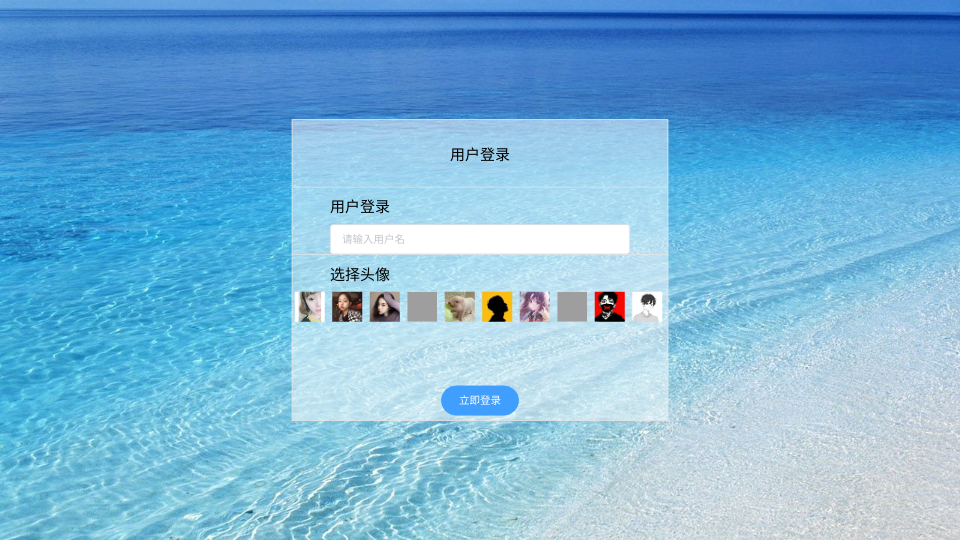
Repository: jinggegeZ/livechat
Page: /login
The author's editor kept a copy of each file at every save. The page is drawn from the files as they stood at one save, then again after the next save.
The browser window is 1280 px wide. The pictures show the whole page, at 75% of full size.
Pictures or frames that could not be fetched are drawn as grey boxes. The project was rebuilt for these pictures with package versions that can differ from the ones it lists, and the page was loaded fresh each time. Also part of the build but not shown: src/views/Home.vue.

Above is the page before, as saved 2020-08-17 15:43:11.

### src/main.js
import Vue from 'vue'
import App from './App.vue'
import router from './router'
import store from './store'
import ElementUI from 'element-ui';
import 'element-ui/lib/theme-chalk/index.css';

Vue.config.productionTip = false
Vue.use(ElementUI);
new Vue({
  router,
  store,
  render: h => h(App)

}).$mount('#app')

### src/App.vue
<template>
  <div id="app">

    <router-view/>
  </div>
</template>

<style lang="scss">
@import'../src/style/commoent'

</style>

### src/router/index.js
import Vue from 'vue'
import VueRouter from 'vue-router'
import Home from '../views/Home.vue'

Vue.use(VueRouter)

  const routes = [
  {
    path: '/',
    name: 'Home',
    component: Home
  },
  {
    path: '/login',
    name: 'login',
    component: () => import('../views/login.vue')
  }
]

const router = new VueRouter({
  mode: 'history',
  base: process.env.BASE_URL,
  routes
})

export default router

### src/style/commoent.css
*{
    margin: 0;
    padding: 0;
  }
  html {
    width: 100%;
    height: 100%;
  }
  #app {
    width: 100%;
    height: 100%;
  }
  body {
    width: 100%;
    height: 100%;
  }

### src/views/login.vue
<template>
  <div class="content">
    <div class="content-c">
      <div class="loginbox">
        <div class="username">用户登录</div>
        <!-- 用户登录 -->
        <div class="username1">用户登录</div>
        <!-- 用户名 -->
        <div class="input">
          <div class="inputbox">
            <el-input v-model="username" placeholder="请输入用户名"></el-input>
          </div>
        </div>
        <!-- 选择头像 -->
        <div class="username1">选择头像</div>
        <!-- 选择头像 -->
        <div class="imgbox">
          <div class="imgbox1" v-for="(item,index) in imgs" :key="index">
            <div class="imgbox1-1">
              <img class="imgbox2" :src="item.img" alt="">
            </div>
          </div>
        </div>
        <!-- 确认登录 -->
        <div class="login">
           <el-button type="primary" round>立即登录</el-button>
        </div>
      </div>
    </div>
  </div>
</template>

<script>
export default {
  name: "",
  props: {},
  components: {},
  data() {
    return {
      username: "",
      imgs:[
        {img: require('../../public/image/01.png')},
        {img: require('../../public/image/02.png')},
        {img: require('../../public/image/03.png')},
        {img: require('../../public/image/04.png')},
        {img: require('../../public/image/05.png')},
        {img: require('../../public/image/06.png')},
        {img: require('../../public/image/07.png')},
        {img: require('../../public/image/08.png')},
        {img: require('../../public/image/09.jpg')},
        {img: require('../../public/image/10.png')},
      ]
    };
  },
  methods: {},
  mounted() {},
  watch: {},
  computed: {},
};
</script>

<style scoped>
.content {
  width: 100%;
  height: 100%;
  display: flex;
  justify-content: center;
  align-items: center;
  background: url("../../public/image/02a28d595dea30839eeaa0fdd15dfce2.jpg")
    no-repeat;
  font-size: 20px;
}
.content-c {
  width: 100%;
  display: flex;
  justify-content: center;
  align-items: center;
}
.loginbox {
  width: 500px;
  height: 400px;
  border: 1px solid rgb(228, 228, 228);
  background: rgba(255, 255, 255, 0.5);
}
.username {
  width: 100%;
  height: 89px;
  display: flex;
  justify-content: center;
  align-items: center;
  border-bottom: 1px solid rgb(228, 228, 228);
}
.username1 {
  width: 100%;
  height: 49px;
  display: flex;
  justify-content: flex-start;
  align-items: center;
  margin-left: 50px;
}
.input {
  width: 100%;
  display: flex;
  justify-content: center;
  align-items: center;
  border-bottom: 1px solid rgb(228, 228, 228);
}
.inputbox {
  width: 80%;
}
.imgbox {
  width: 100%;
  display: flex;
  justify-content: center;
}
.imgbox1 {
  width: 80%;
  height: 120px;
  display: flex;
  flex-wrap: wrap;
  justify-content: space-around;
}
.imgbox1-1 {
  width: 45px;
}
.login {
  width: 100%;
  display: flex;
  justify-content: center;
  height: 50px;
  align-items: center;
}
.imgbox2 {
  width: 40px;
  height: 40px;
}
</style>

Loaded but not shown: public/index.html (common file); src/store/index.js (common file)

After the next save:
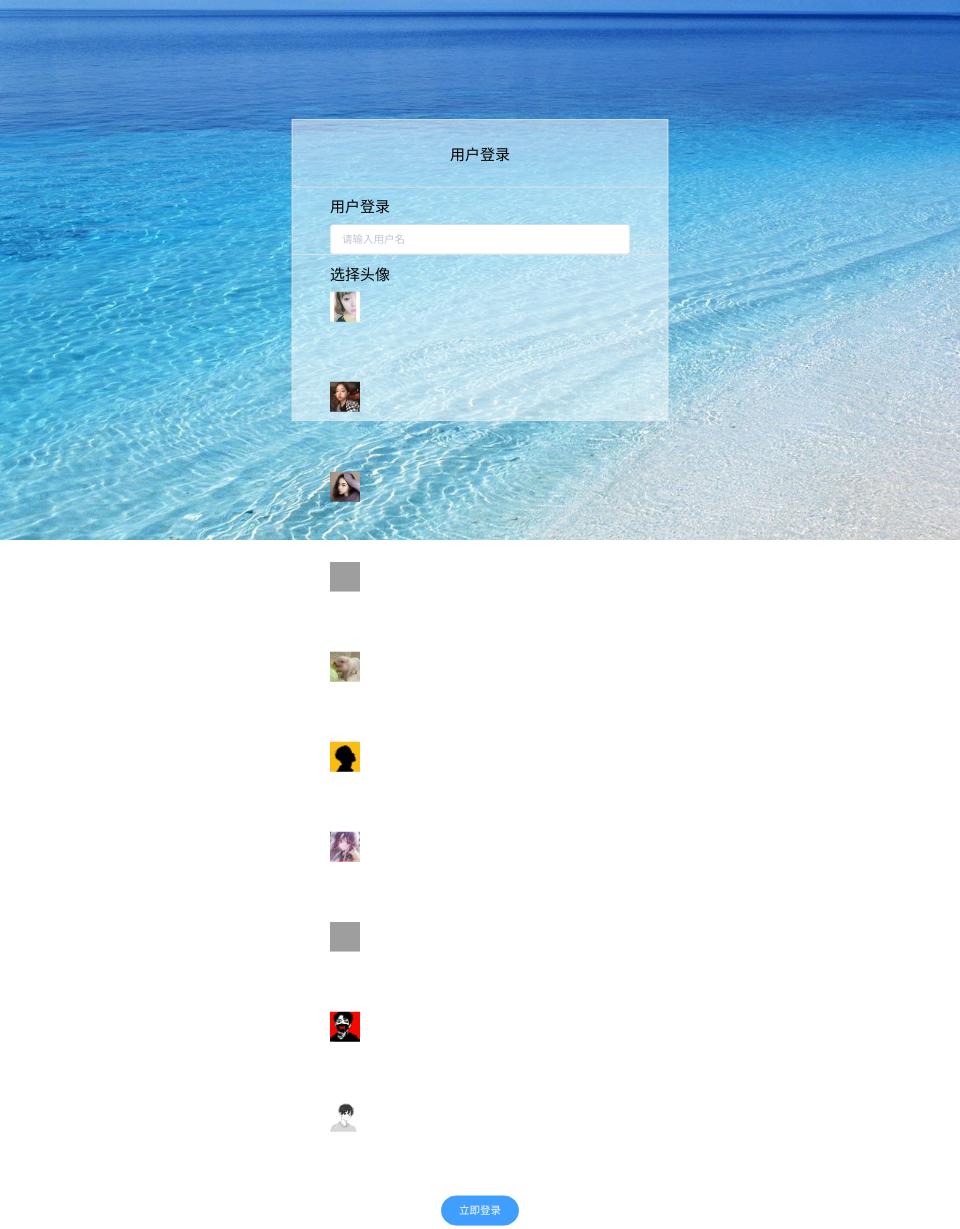
Saved 89 s later.
--- a/src/views/login.vue
+++ b/src/views/login.vue
@@ -111,14 +111,13 @@ export default {
 .imgbox {
   width: 100%;
   display: flex;
-  justify-content: center;
+  flex-wrap: wrap;
+  justify-content: space-around;
 }
 .imgbox1 {
   width: 80%;
   height: 120px;
-  display: flex;
-  flex-wrap: wrap;
-  justify-content: space-around;
+
 }
 .imgbox1-1 {
   width: 45px;
